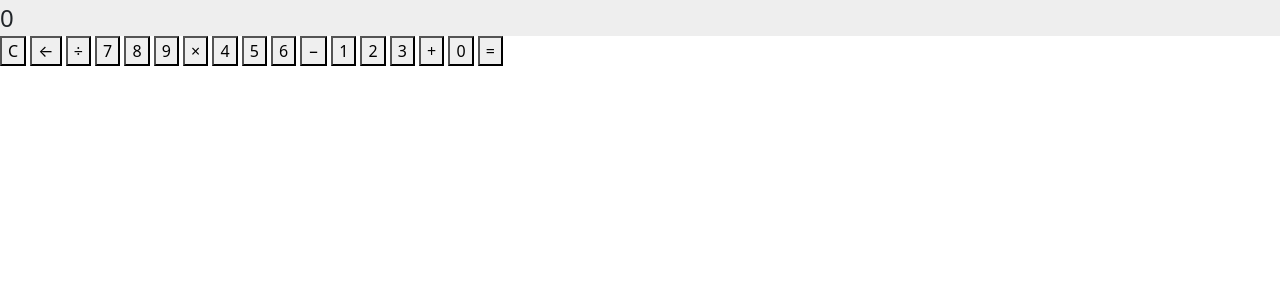
Repository: jgramirez0210/LAB-calculator
Page: index.html
The author's editor kept a copy of each file at every save. The page is drawn from the files as they stood at one save, then again after the next save.
The browser window is 1280 px wide. The pictures show the whole page.

Above is the page before, as saved 2023-10-10 20:33:38.

### index.html
<!DOCTYPE html>
<html lang="en">
<head>
  <meta charset="UTF-8">
  <meta name="viewport" content="width=device-width, initial-scale=1.0">
  <title>Calculator</title>
  <link href="https://cdn.jsdelivr.net/npm/bootstrap@5.3.2/dist/css/bootstrap.min.css" rel="stylesheet" integrity="sha384-T3c6CoIi6uLrA9TneNEoa7RxnatzjcDSCmG1MXxSR1GAsXEV/Dwwykc2MPK8M2HN" crossorigin="anonymous">
  <link rel="stylesheet" href="main.css">
</head>
<body>
  <div class="calculator-wrapper"></div>
    <div class="display">0</div>
    <button id="clear-btn">C</button>
    <button id="back-btn">←</button>
    <button id="divide-btn">÷</button>
    <button id="7">7</button>
    <button id="8">8</button>
    <button id="9">9</button>
    <button id="multiply">×</button>
    <button id="4">4</button>
    <button id="5">5</button>
    <button id="6">6</button>
    <button id="minus">−</button>
    <button id="1">1</button>
    <button id="2">2</button>
    <button id="3">3</button>
    <button id="add">+</button>
    <button id="0">0</button>
    <button id="=">=</button>
  <script src="https://cdn.jsdelivr.net/npm/bootstrap@5.3.2/dist/js/bootstrap.bundle.min.js" integrity="sha384-C6RzsynM9kWDrMNeT87bh95OGNyZPhcTNXj1NW7RuBCsyN/o0jlpcV8Qyq46cDfL" crossorigin="anonymous"></script>
  <script src="main.js"></script>
</body>
</html>

### main.css
.calculator-wrapper {
  width: 400px;
  display: grid;
  grid-template-columns: repeat(4, 1fr);
  gap: 1px;
  background-color: #ddd;
  margin: 0 auto;
}

#button {
  padding: 20px;
  background-color: #f2f2f2;
  border: 1px solid #ccc;
  text-align: center;
}

.display {
  grid-column: span 4; /* This will make the display span all 4 columns */
  background-color: #eee;
  font-size: 1.5em;
}

### main.js
console.log("testeroo")

After the next save:
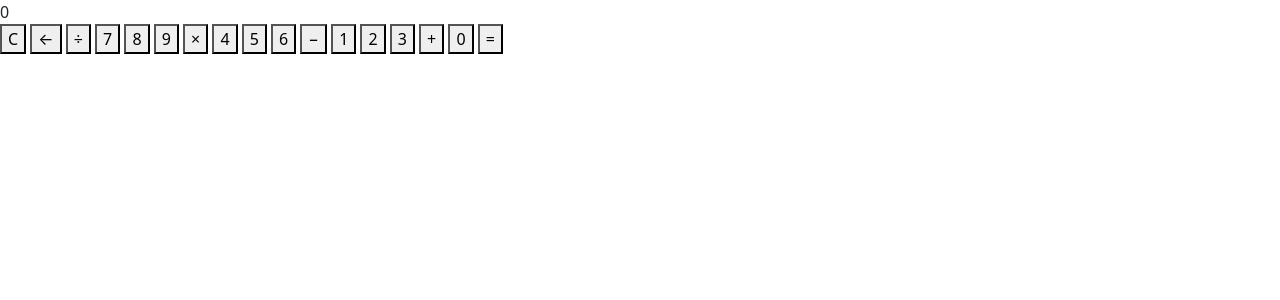
Saved 11 s later.
--- a/index.html
+++ b/index.html
@@ -9,7 +9,7 @@
 </head>
 <body>
   <div class="calculator-wrapper"></div>
-    <div class="display">0</div>
+    <div id="display">0</div>
     <button id="clear-btn">C</button>
     <button id="back-btn">←</button>
     <button id="divide-btn">÷</button>

After the 2 saves that followed:
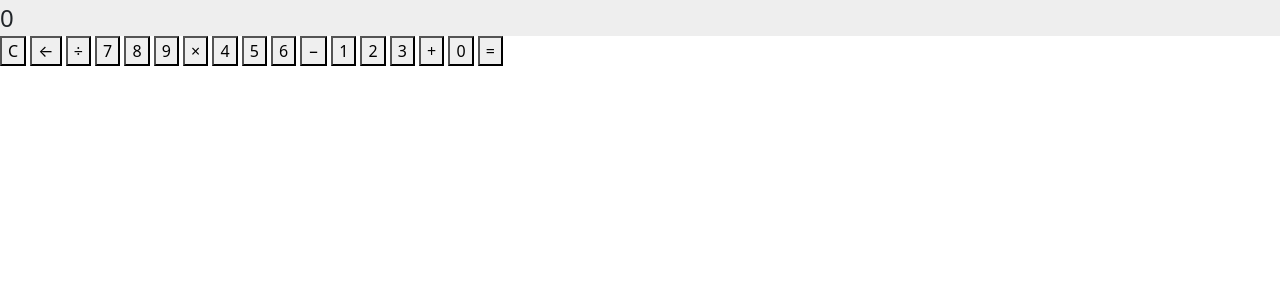
The 2 saves are shown as one change because they came seconds apart.
The last was saved 4 s later.
--- a/main.css
+++ b/main.css
@@ -14,7 +14,7 @@
   text-align: center;
 }
 
-.display {
+#display {
   grid-column: span 4; /* This will make the display span all 4 columns */
   background-color: #eee;
   font-size: 1.5em;
